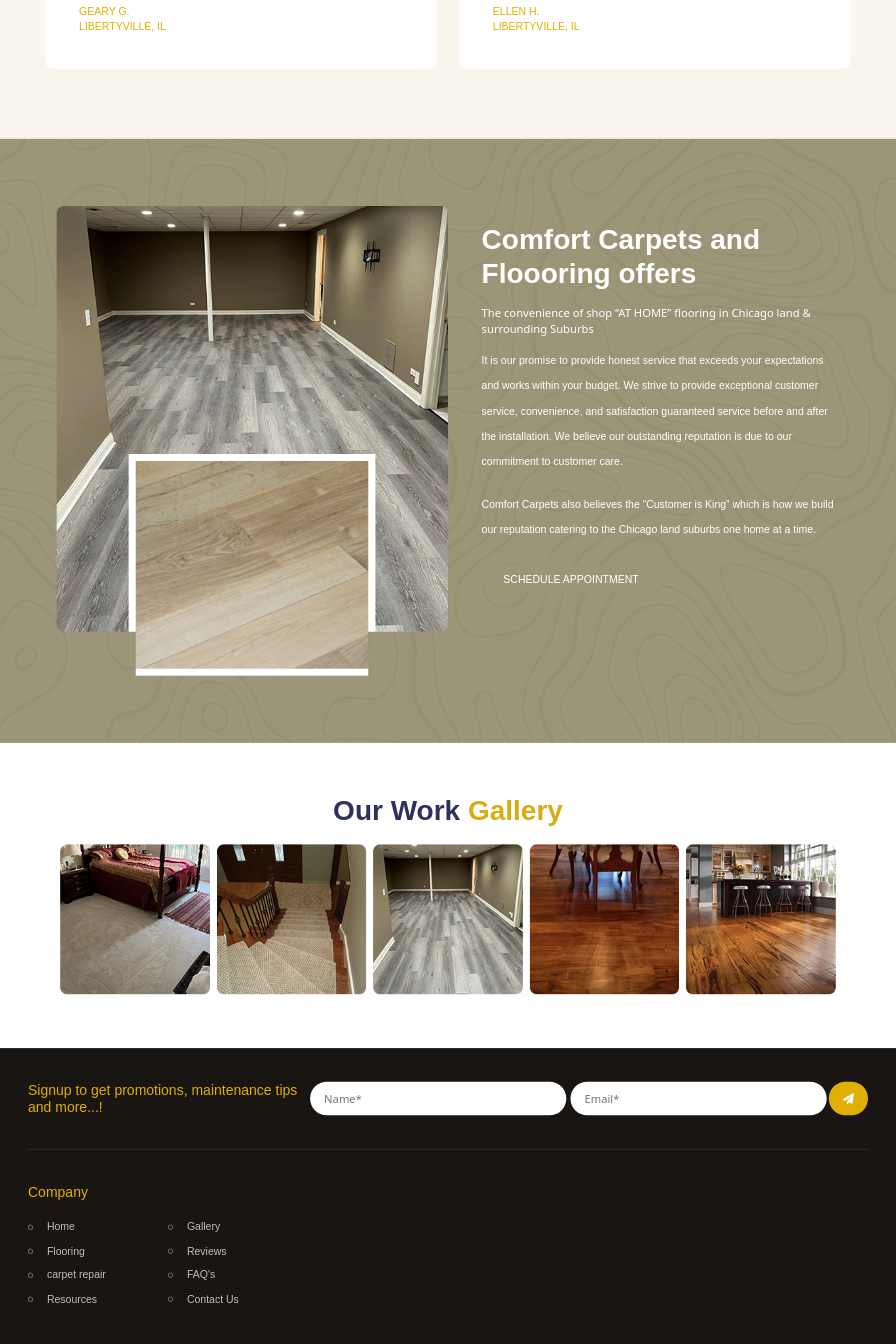
Repository: Ab-dur-Rehman/sscaseFolders
Page: index.html
An editor plug-in stored every save of this project. The page is shown before and after the next save, followed by the edit.
The browser window is 1280 px wide. The pictures show the part of the page from y = 3896 to 5816 px (the page is 5816 px tall), at 70% of full size.
Some web fonts or font styles are not loaded; a fallback is used.

Above is the page before, as saved 2022-12-26 16:33:13.

### index.html
<!doctype html>
<html lang="en">
  <head>
    <meta charset="utf-8">
    <meta name="viewport" content="width=device-width, initial-scale=1">
    <!-- Bootstrap CSS -->
    <link href="https://cdn.jsdelivr.net/npm/bootstrap@5.0.2/dist/css/bootstrap.min.css" rel="stylesheet" integrity="sha384-EVSTQN3/azprG1Anm3QDgpJLIm9Nao0Yz1ztcQTwFspd3yD65VohhpuuCOmLASjC" crossorigin="anonymous">
    <!-- Custom CSS -->
    <link rel="stylesheet" href="assets/css/style.css">
    <!-- FontAwesome -->
    <link rel="stylesheet" href="https://cdnjs.cloudflare.com/ajax/libs/font-awesome/6.2.1/css/all.min.css" integrity="sha512-MV7K8+y+gLIBoVD59lQIYicR65iaqukzvf/nwasF0nqhPay5w/9lJmVM2hMDcnK1OnMGCdVK+iQrJ7lzPJQd1w==" crossorigin="anonymous" referrerpolicy="no-referrer" />
    <!-- JQuery -->
    <script src="https://code.jquery.com/jquery-3.6.1.min.js" integrity="sha256-o88AwQnZB+VDvE9tvIXrMQaPlFFSUTR+nldQm1LuPXQ=" crossorigin="anonymous"></script>
    <!-- Bootstrap JS -->
    <script src="https://cdn.jsdelivr.net/npm/bootstrap@5.0.2/dist/js/bootstrap.bundle.min.js" integrity="sha384-MrcW6ZMFYlzcLA8Nl+NtUVF0sA7MsXsP1UyJoMp4YLEuNSfAP+JcXn/tWtIaxVXM" crossorigin="anonymous"></script>
    <!-- Custom Scripts -->
    <script type="module" src="assets/js/script.js"></script>

    <title>Comfort Carpets</title>
  </head>
  <body>
    <div class="col-lg-12 mx-auto main-wrapper">

      <header class="py-3 px-5 header-top">
        <div class="header-top-inner row gx-0 max-content d-flex flex-row align-items-center">
          <div class="col-md-3 logo-top mx-0 px-0">
            <a href="#"><img src="assets/images/logo.png" alt="logo"/></a>
          </div>
          <div class="col-md-9 header-left mx-0 px-0 py-0">
            <div class="top-call-info">
              <div class="top-call-info-inner d-flex flex-row justify-content-end align-items-center">
                <div class="top-call-info-inner-left px-4 d-flex flex-row align-items-center">
                  <i class="fa fa-volume-control-phone" aria-hidden="true"></i>
                  <span class="call-text px-2">Call or Text: </span>
                  <span class="call-number">847-327-9910</span>
                </div>
                <div class="top-call-info-inner-right">
                  <button type="button" class="btn btn-appointment">Schedule Appointment</button>
                </div>
              </div>
            </div>
            <div class="main-nav-wrapper">
              <nav class="navbar navbar-expand-lg navbar-light">
                <div class="container-fluid justify-content-end">
                  <button class="navbar-toggler" type="button" data-bs-toggle="collapse" data-bs-target="#navbarNav" aria-controls="navbarNav" aria-expanded="false" aria-label="Toggle navigation">
                    <span class="navbar-toggler-icon"></span>
                  </button>
                  <div class="collapse navbar-collapse justify-content-end" id="navbarNav">
                    <ul class="navbar-nav text-end">
                      <li class="nav-item">
                        <a class="nav-link active" aria-current="page" href="#">Home</a>
                      </li>
                      <li class="nav-item">
                        <a class="nav-link" href="#">Flooring</a>
                      </li>
                      <li class="nav-item">
                        <a class="nav-link" href="#">Carpet Repair</a>
                      </li>
                      <li class="nav-item">
                        <a class="nav-link" href="#">Resources</a>
                      </li>
                      <li class="nav-item">
                        <a class="nav-link" href="#">Gallery</a>
                      </li>
                      <li class="nav-item">
                        <a class="nav-link" href="#">Reviews</a>
                      </li>
                      <li class="nav-item">
                        <a class="nav-link" href="#">FAQ's</a>
                      </li>
                      <li class="nav-item">
                        <a class="nav-link" href="#">Contact Us</a>
                      </li>
                    </ul>
                  </div>
                </div>
              </nav>
            </div>
          </div>
        </div>
        <div class="header-bottom row gx-0 max-content d-flex flex-row align-items-center py-5 my-3">
          <div class="col-lg-6 banner-text mx-0 px-0">
            <div class="banner-text-inner">
              <h4 class="banner-title">All the latest trends and styles</h4>
              <p class="banner-sub">We keep our flooring as current as possible keeping up with the latest trends and styles.</p>
              <div class="top-call-info-inner-right">
                <button type="button" class="btn btn-appointment">Schedule Appointment</button>
              </div>
          </div>
          <div class="col-lg-6 mx-0 px-0"></div>
        </div>
      </header>
      <div class="header-bottom col-lg-12 mx-auto main-content-2">
        <div class="row gx-0 d-flex flex-row align-items-center py-5 my-3">
          <div class="tab-wrapper col-3 m-1">
            <div class="tab-price d-flex flex-row align-items-center">
              <sup>$</sup>150<span>00</br>OFF</span>
            </div>
            <span>Any Carpet Orders</span>
            <span>750 SQ. FT. or more.</span>
          </div>
          <div class="tab-wrapper col-3 m-1">
            <div class="tab-price d-flex flex-row align-items-center">
              <sup>$</sup>150<span>00</br>OFF</span>
            </div>
            <span>Any Carpet Orders</span>
            <span>750 SQ. FT. or more.</span>
          </div>
          <div class="tab-wrapper col-3 m-1">
            <div class="tab-price d-flex flex-row align-items-center">
              <sup>$</sup>75<span>00</br>OFF</span>
            </div>
            <span>Any Carpet Orders</span>
            <span>750 SQ. FT. or more.</span>
          </div>
          <div class="tab-wrapper col-3 m-1">
            <div class="tab-price d-flex flex-row align-items-center">
              <sup>$</sup>150<span>00</br>OFF</span>
            </div>
            <span>Any Carpet Orders</span>
            <span>750 SQ. FT. or more.</span>
          </div>
        </div>
      </div>
      <!-- <content class="col-12 main-content"> -->
      <content>
        <div class="content-top">
          <div class="row gx-0 d-flex flex-row align-items-top py-5 px-3 mx-auto main-content-2">
            <div class="cont-1-pic col-md-6">
              <img src="assets/images/about.png" alt="Cont-1-pic"/>
            </div>
            <div class="cont-1-text col-md-6 my-4">
              <div class="cont-1-text-inner p-text ps-md-5">
                <h1 class="h1">We Care About <span>Your Comfort</span></h1>
                <p>Comfort Carpets has been serving the Chicagoland area for over 25 years. We offer high quality flooring from countless manufacturers, with a unique selection of styles from traditional to contemporary and excellent value so that your dream room can become a reality.</p>
                <p>It is our promise to provide service that exceeds your expectations & works within your budget.</p>
                <button type="button" class="btn btn-read-more mt-2">Read More</button>
              </div>
            </div>
          </div>
        </div>
        <div class="content-2-wrapper py-5">
          <div class="row gx-0 d-flex flex-row flex-row-reverse align-items-top py-5 px-3 mx-auto main-content-2">
            <div class="cont-2-pic col-md-6">
              <img src="assets/images/3.png" alt="Cont-2-pic"/>
            </div>
            <div class="cont-2-text col-md-6 mt-4">
              <div class="cont-2-text-inner p-text pe-md-5">
                <h1 class="h1">We keep our flooring keeping up with the <span>latest trends</span></h1>
                <p>Our shop “At Home” experience starts with our flooring specialist traveling to you with our “mobile” showroom selections. You can view carpet, hardwood, laminate or vinyl at home to see what colors fit your style best. Our mobile showroom is fully stocked with all the flooring options, samples and information you need to make your decision right in the luxury of your home the same day.</p>
                <p>Our expert flooring specialist is your personal shopping consultant to ensure you make the right selection for your floors.</p>
                <button type="button" class="btn btn-read-more mt-2">Schedule Appointment</button>
              </div>
            </div>
          </div>
        </div>
        <div class="content-3-wrapper pt-5 p-text text-center">
          <div class="row gx-0 py-5 px-3 mx-auto main-content-3">
            <h1 class="h1 col-12 mb-5">You DREAM FLOORING is <br> just <span>3 simple steps</span> away from reality</h1>
            <div class="col-md-4">
              <div class="content-3-inner mx-auto">
                <img src="assets/images/step-1.png" alt="step-1"/>
                <p class="py-3">Choose your name brand flooring</p>
              </div>
            </div>
            <div class="col-md-4">
              <div class="content-3-inner mx-auto">
                <img src="assets/images/step-2.png" alt="step-2"/>
                <p class="py-3">Place your order</p>
              </div>
            </div>
            <div class="col-md-4">
              <div class="content-3-inner mx-auto">
                <img src="assets/images/step-3.png" alt="step-3"/>
                <p class="py-3">Set up delivery and installation</p>
              </div>
            </div>
          </div>
        </div>
        <div class="content-4-wrapper py-5 px-3">
          <div class="row gx-0 mx-auto main-content-3 d-flex flex-row align-items-center py-3">
            <div class="col-md-4">
                <img src="assets/images/cards.png" alt="cards"/>
            </div>
            <div class="col-md-8">
              <div class="content-4-inner-text p-text-2 ps-md-5">
                <p>For a limited time receive a <span>$25</span> gift card to <span>Restaurant.com</span> when you complete an <span>"AT HOME"</span> appointment with a Comfort Carpets Flooring Specialist.</p>
              </div>
            </div>
          </div>
        </div>
        <div class="content-reviews py-5 px-3">
          <div class="row gx-0 mx-auto main-content-2 d-flex flex-row align-items-center pt-4 pb-5">
            <div class="col-12 p-text pb-4">
              <h1 class="h1 text-center">Clients <span>Reviews</span></h1>
            </div>
            <div class="col-md-6 my-1">
              <div class="content-reviews-inner-text p-text p-5 me-md-3">
                <img src="assets/images/rev-q.png" alt="quote"/>
                <p>Replaced kitchen floor with a milled laminate that is beautiful. They also removed carpeting & refinished existing wood floors. We have an old house and the floors needed patching.</p>
                <span>
                  Geary G. <br> Libertyville, il
                </span>
              </div>
            </div>
            <div class="col-md-6 my-1">
              <div class="content-reviews-inner-text p-text p-5 ms-md-3">
                <img src="assets/images/rev-q.png" alt="quote"/>
                <p>Rob Lewandoski returned my call within one day. He came out to my home and asked me what type of look I was hoping to get with carpeting removed and wood floor.</p>
                <span>
                  Ellen H. <br> Libertyville, il
                </span>
              </div>
            </div>
          </div>
        </div>
        <div class="content-wrapper-6 py-5">
          <div class="row gx-0 d-flex flex-row align-items-top py-5 px-3 mx-auto main-content-2">
            <div class="cont-1-pic col-md-6">
              <img src="assets/images/comfort-bg.png" alt="Cont-1-pic"/>
            </div>
            <div class="cont-1-text col-md-6 my-4">
              <div class="cont-1-text-inner p-text ps-md-5">
                <h1 class="h1">Comfort Carpets and Floooring offers</h1>
                <h6>The convenience of shop “AT HOME” flooring in Chicago land & surrounding Suburbs</h6>
                <p>It is our promise to provide honest service that exceeds your expectations and works within your budget. We strive to provide exceptional customer service, convenience, and satisfaction guaranteed service before and after the installation. We believe our outstanding reputation is due to our commitment to customer care.</p>
                <p>Comfort Carpets also believes the “Customer is King” which is how we build our reputation catering to the Chicago land suburbs one home at a time.</p>
                <button type="button" class="btn btn-read-more mt-2">Schedule Appointment</button>
              </div>
            </div>
          </div>
        </div>
        <div class="content-gallery-wrapper py-5">
          <div class="row gx-0 py-4 px-3 mx-auto main-content-2 p-text">
            <h1 class="h1 text-center">Our Work <span>Gallery</span></h1>
            <ul class="flex-row align-items-center d-md-flex">
              <li><img src="assets/images/g1.png" alt="gallery 1"/></li>
              <li><img src="assets/images/g2.png" alt="gallery 2"/></li>
              <li><img src="assets/images/g3.png" alt="gallery 3"/></li>
              <li><img src="assets/images/g4.png" alt="gallery 4"/></li>
              <li><img src="assets/images/g5.png" alt="gallery 5"/></li>
            </ul>
          </div>
        </div>
      </content>
      <footer class="row gx-0 px-3 footer-wrapper">
        <div class="footer-inner max-content">
          <div class="footer-top row gx-0 d-flex flex-row align-items-center py-5">
            <div class="signup-text col-md-4">
              <h5 class="h5">Signup to get promotions, maintenance
                tips and more...!</h5>
            </div>
            <div class="signup-form col-md-8">
              <form action="" class="d-flex flex-row align-items-center">
                <input class="flex-fill" type="text" name="name" placeholder="Name*"/>
                <input class="flex-fill" type="email" name="email" placeholder="Email*"/>
                <button type="submit"><i class="fa-solid fa-paper-plane"></i></button>
              </form>
            </div>
          </div>
          <div class="footer-center row gx-0 d-flex flex-row align-items-top py-5">
            <div class="footer-center-1 col-md-4">
              <h5 class="h5">Company</h5>
              <ul class="d-flex flex-row align-items-center flex-wrap">
                <li class="w-50"><a href="#">Home</a></li>
                <li class="w-50"><a href="#">Gallery</a></li>
                <li class="w-50"><a href="#">Flooring</a></li>
                <li class="w-50"><a href="#">Reviews</a></li>
                <li class="w-50"><a href="#">carpet repair</a></li>
                <li class="w-50"><a href="#">FAQ's</a></li>
                <li class="w-50"><a href="#">Resources</a></li>
                <li class="w-50"><a href="#">Contact Us</a></li>
              </ul>
            </div>
            <div class="footer-center-2 col-md-4"></div>
            <div class="footer-center-3 col-md-4"></div>
          </div>
        </div>
      </footer>
    </div>
  </body>
</html>

### assets/css/style.css
@import url('https://fonts.googleapis.com/css2?family=Amiko:wght@400;600;700&family=Chivo:wght@400;500;600;700&display=swap');


img { width:100%;}
/* body { color:#fff;} */

/* font-family: 'Amiko', sans-serif;
font-family: 'Chivo', sans-serif; */

.logo-top img {
    max-width: 242px;
}
.max-content {
    max-width: 1200px;
    margin: 0 auto;
    width: 100%;
}
.main-content-2 {
    max-width: 1150px;
    margin: 0 auto;
    width: 100%;
}
.header-top {
    background:url(../images/bnr.png);
    background-position: top center;
    background-repeat: no-repeat;
    background-size:cover;
}
.btn-appointment {
    background: #e1af02;
    color: #000;
    font-family: 'Amiko', sans-serif;
    padding: 12px 20px 10px 20px;
    border-radius: 5px;
    font-size: 16px;
    font-weight: 500;
    border-radius: 40px;
    line-height: 1;
}
.call-text {
    font-size: 15px;
    font-weight: 400;
    font-family: 'Amiko', sans-serif;
    color: #fff;
}
.call-number {
    font-size: 20px;
    font-weight: 500;
    font-family: 'Chivo', sans-serif;
    color: #fff;
}
.nav-link {
    font-size: 15px;
    font-weight: 400;
    font-family: 'Amiko', sans-serif;
    color: #fff!important;
}

.banner-title {
    font-size: 17px;
    font-weight: 500;
    font-family: 'Amiko', sans-serif;
    color: #fff;
    line-height: 1;
    text-transform: uppercase;
    text-shadow: 2px 2px 2px #777371;
}
.banner-sub {
    font-size: 45px;
    font-weight: 400;
    font-family: 'Chivo', sans-serif;
    color: #fff;
    line-height: 1.2;
    text-shadow: 2px 2px 2px #777371;
}
.tab-wrapper {
    border: 10px solid transparent;
    padding: 15px;
    /* border-image: url(../images/31.png) 4% round; */
    /* border-image-outset: 10px 5px 15px 5px; */
    /* border-image-slice: 70; */
    /* border-image-source:url('../images/31.png');
    border-image-repeat: stretch;
    border-image-slice: 30;
    border-image-width: 50px;
    border-image-outset: 10px; */

    border: 16px solid transparent;
	border-image: 16 repeating-linear-gradient(45deg, #656461 0, #656461 1em, transparent 0, transparent 2em, #656461 0, #656461 3em, transparent 0, transparent 4em);

}

.p-text h1 {
    /* font-size: 45px; */
    font-weight: 800;
    font-family: 'Chivo', sans-serif;
    color: #2c325b;
    margin-bottom: 20px;
}
.p-text h1 span {
    color: #d9ac0f;
}
.p-text p {
    font-size: 15px;
    font-weight: 400;
    font-family: 'Amiko', sans-serif;
    color: #2c325b;
    line-height: 2.5;
    margin-bottom: 30px;
}

.btn-read-more {
    background: #f9f5ed;
    color: #000;
    font-family: 'Amiko', sans-serif;
    padding: 12px 30px 10px 30px;
    border-radius: 5px;
    font-size: 15px;
    font-weight: 500;
    border-radius: 40px;
    line-height: 1;
    text-transform: uppercase;
}
.content-2-wrapper {
    background: #f9f5ed;
}
.main-content-3 {
    max-width: 1000px;
    margin: 0 auto;
    width: 100%;
}
.content-3-wrapper img {
    max-width: 97px;
    width: 100%;
}
.content-3-inner {
    max-width: 230px;
    width: 95%;
}
.content-3-wrapper.p-text p {
    line-height: 1.5;
    text-transform: uppercase;
}
.content-4-wrapper {
    background: url(../images/bg.png);
    background-repeat: no-repeat;
    background-position: center;
    background-size: cover;
}

.p-text-2 p{
    font-weight: 700;
    font-family: 'Chivo', sans-serif;
    color: #e1af02;
    font-size: 26px;
    line-height: 1.7;
}
.p-text-2 p span {
    color: #fff;
}
.content-4-wrapper img {
    max-width: 300px;
    width: 100%;
    display: block;
    margin: 0 auto;
}
.content-reviews {
    background: #f9f5ed;
}
.content-reviews-inner-text img {
    max-width: 28px;
    margin-bottom: 10px;
    display: block;
}
.content-reviews-inner-text {
    background: #fff;
    border-radius:10px;
}
.content-reviews-inner-text.p-text p {
    margin-bottom: 0;
}
.content-reviews-inner-text span {
    font-size: 15px;
    font-weight: 500;
    font-family: 'Amiko', sans-serif;
    color: #e1af02;
    line-height: 1.5;
    text-transform: uppercase;
    display: block;
    padding-top: 15px;
}
.content-wrapper-6 {
    background: url(../images/bg-1.png);
    background-repeat: no-repeat;
    background-position: center;
    background-size: cover;
}
.content-wrapper-6 .p-text h1, .content-wrapper-6 .p-text h6, .content-wrapper-6 .p-text p {
    color: #fff;
}
.content-wrapper-6 .p-text h6 {
    line-height: 1.5;
    margin-bottom: 15px;
}
.content-wrapper-6 .p-text p {
    line-height: 2.4;
    margin-bottom: 25px;
}
.content-wrapper-6 .btn-read-more {
    background: #9c9679;
    color: #fff;
}
.content-gallery-wrapper ul {
    padding: 0;
    margin: 0;
}
.content-gallery-wrapper ul li {
    list-style: none;
    padding: 5px;
}
.content-gallery-wrapper ul li img {
    max-width: 220px;
    display: block;
    margin: 0 auto;
}

.footer-wrapper {
    background: #181513;
}
.signup-text h5 {
    font-weight: 500;
    font-family: 'Chivo', sans-serif;
    color: #e1af02;
    margin: 0;
}
.signup-form input {
    border: none;
    padding: 12px 20px;
    border-radius: 30px;
    margin: 0 3px;
}
.signup-form button {
    background: #e1af02;
    border: none;
    padding: 12px 20px;
    border-radius: 30px;
    color: #fff;
    cursor: pointer;
}
.footer-top {
    border-bottom: 1px solid #35302d;
}
.footer-center-1 ul {
    padding: 0;
    margin: 0;
}
.footer-center-1 ul li {
    list-style: none;
    padding: 5px 0;
}
.footer-center-1 ul li a {
    font-weight: 400;
    font-family: 'Amiko', sans-serif;
    color: #cabdad;
    font-size: 15px;
    text-decoration: none;
    display: inline;
}
.footer-center-1 ul li:before {
    font-family: "FontAwesome";
    content: "\f1db";
    display: inline-block;
    padding-right: 20px;
    vertical-align: middle;
    color: #cabdad;
    font-size: 7px;
}
.footer-center-1 h5 {
    font-weight: 500;
    font-family: 'Chivo', sans-serif;
    color: #e1af02;
    margin: 0;
    margin-bottom: 20px;
}

/* //Responsive */

@media only screen and (max-width: 1350px) {

}

@media only screen and (max-width: 1262px) and (min-width: 1024px) {

}
@media only screen and (max-width: 1023px) {

}
@media only screen and (max-width: 982px) {

}
@media only screen and (max-width: 685px) {

}
@media only screen and (max-width: 576px) {

}

### assets/js/script.js
//doughnut
// var ctxD = document.getElementById("doughnutChart").getContext('2d');
// var ctxD2 = document.getElementById("doughnutChart2").getContext('2d');
// var myLineChart = new Chart(ctxD, {
//   type: 'doughnut',
//   data: {
//     labels: ["Red", "Green"],
//     datasets: [{
//       data: [25, 75],
//       backgroundColor: ["#F7464A", "#46BFBD"],
//       hoverBackgroundColor: ["#FF5A5E", "#5AD3D1"]
//     }]
//   },
//   options: {
//   	responsive: true
//   }
// });

// var myLineChart2 = new Chart(ctxD2, {
//     type: 'doughnut',
//     data: {
//       labels: ["Red", "Green"],
//       datasets: [{
//         data: [25, 75],
//         backgroundColor: ["#F7464A", "#46BFBD"],
//         hoverBackgroundColor: ["#FF5A5E", "#5AD3D1"]
//       }]
//     },
//     options: {
//         responsive: true
//     }
//   });

$(".option-icon-right input:checkbox").change(function(){
    $(this).closest("li").toggleClass('selected', this.checked);
    $('li.selected .option-icon-right label span').text('On');
    $('li:not(.selected) .option-icon-right label span').text('Off');
});

After the next save:
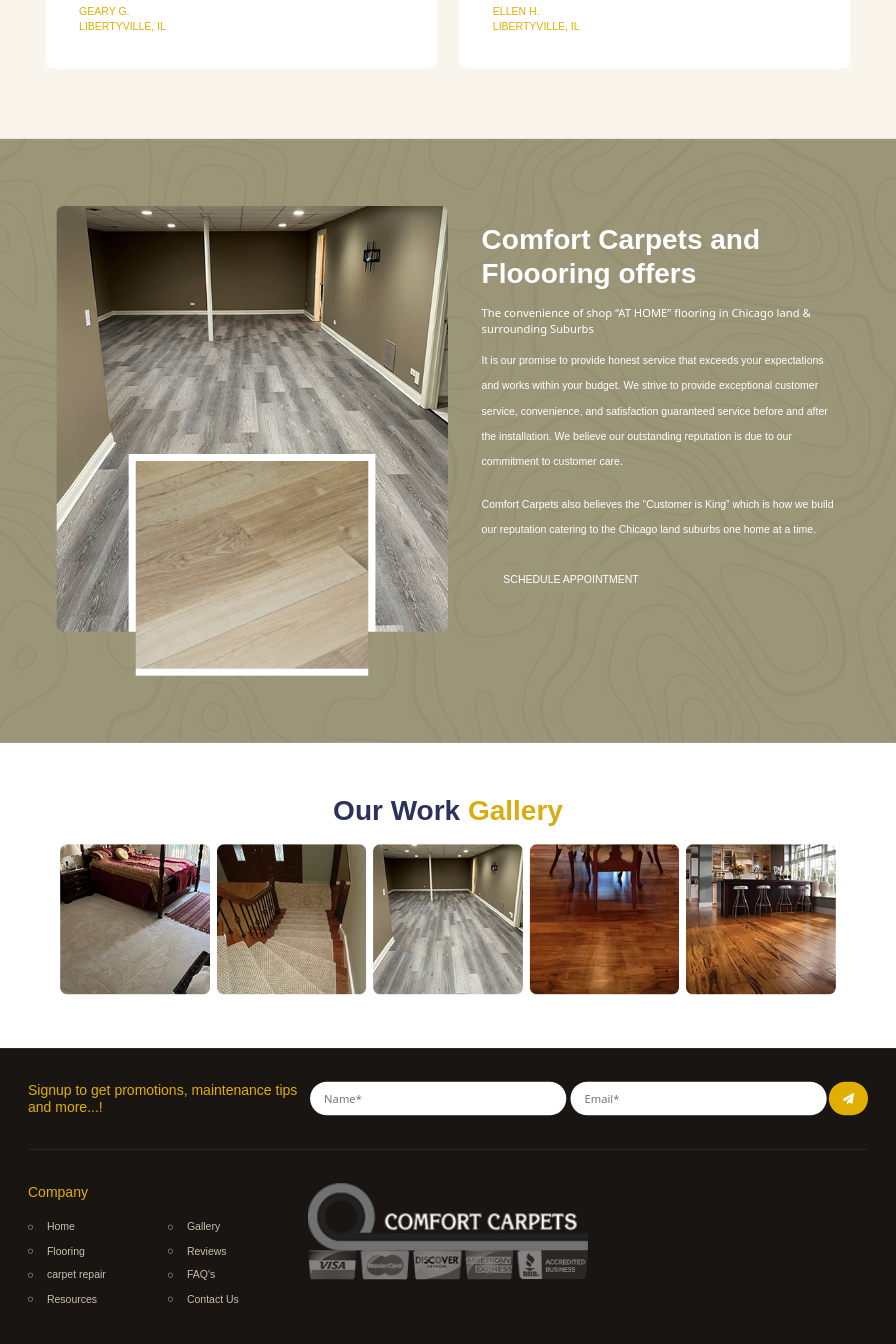
Saved 9 min 29 s later.
--- a/index.html
+++ b/index.html
@@ -272,7 +272,10 @@
                 <li class="w-50"><a href="#">Contact Us</a></li>
               </ul>
             </div>
-            <div class="footer-center-2 col-md-4"></div>
+            <div class="footer-center-2 col-md-4">
+              <a href="#"><img src="assets/images/footer-logo.png" alt="footer-logo"/></a>
+              <img src="assets/images/payments.png" alt="payment"/>
+            </div>
             <div class="footer-center-3 col-md-4"></div>
           </div>
         </div>
